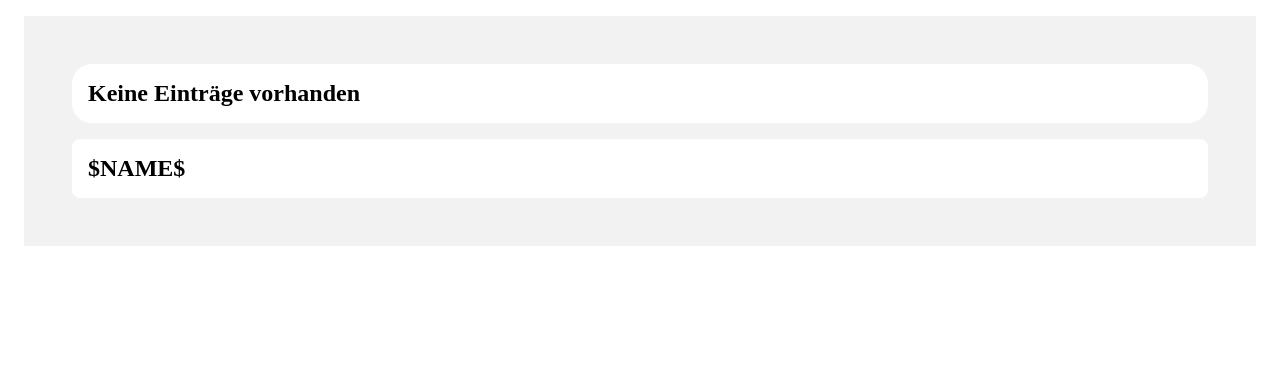
Repository: KIThubber/Fitnesstagebuch
Page: Frontend/src/Workoutmanagement/page-workouthinzufuegen.html
An editor plug-in stored every save of this project. The page is shown before and after the next save, followed by the edit.
The browser window is 1280 px wide. The pictures show the whole page.

Above is the page before, as saved 2022-05-07 17:55:54.

### Frontend/src/Workoutmanagement/page-workouthinzufuegen.html
<style>

    main {
        background-color: #F2F2F2;
        margin: 0;
        padding: 2em;

        display: flex;
        flex-direction: column;
      }
      main ol {
            list-style: none;
            margin: 0;
            padding: 0;
            border:20px #F2F2F2;
        }

    /* Code aus "Astructio Retis AG"-Aufgabe - in jasmina css einfügen
    v
    */
    main .list-entry {
      display: flex;
      flex-direction: column;
      gap: 2em;
      padding: 1rem;
      background: white;
      border-radius: 0.5em;
    }


    main .list-entry .card {
      border: 1px solid lightgrey;
      background: white;
      border-radius: 0.5em;
      overflow: hidden;
    }

    main .list-entry .card img {
      display: block;
      width: 100%;
      height: 50%;
      }

      main .list-entry .card .card-body {
      padding: 1rem;
    }

    main .list-entry .card h4,
    main .list-entry .card h5 {
      margin: 0;
    }

    main .list-entry .card h5 {
      color: grey;
    }

    main .list-entry .card a,
    main .list-entry .card a:visited {
      color: var(--color-secondary);
    }

    main .list-entry .card-container {
      display: flex;
      flex-direction: column;
      gap: 2em;
    }

    @media (min-width: 50em) {
       main .list-entry .card-container {
          flex-direction: row;
          flex-wrap: wrap;
          justify-content: center;
      }

      main .list-entry .card {
          flex: 1;
          min-width: 25em;
      }
    }
        /* LISTENEINTRÄGE */
        main{
            margin: 1em;
        }
        main ol {
            list-style: none;
            margin: 0;
            padding: 0;
            border:20px #F2F2F2;
        }

        main li {
            margin: 1em;
            padding: 1em;

            background-color: white;
            border-radius: 20px 20px 20px 20px;
        }

        main li:hover {
            background-color: #C8F8FF;
        }

        main .name {
            font-size: 150%;
            font-weight: bold;
        }
        main .actions {
            display: flex;
            justify-content: space-between;
        }

        main .actions > div {
            padding: 0.5em;
            margin: 0.5em;
            background-color: #C8F8FF;
            flex: 1;
            text-align: center;
        }

        main .actions > div:first-child {
            margin-left: 0;
        }

        main .actions > div:last-child {
            margin-right: 0;
        }

        main .actions > div:hover {
            background-color: #f0f0f0;
            cursor: pointer;
        }
    </style>
    <main>
        <!-- <ol> -->
            <ol>

                    <!-- Platzhalter für eine leere Liste -->
                    <li class="empty-placeholder">
                        <div class="name">
                            Keine Einträge vorhanden
                        </div>
                    </li>

                    <!-- Vorlage für einen Eintrag in der Liste -->
                    <section class="section-news">
                        <div class="card">
                            <li class="list-entry" data-id="$ID$">
                                <div class="name">
                                    $NAME$

                                </div>

                            </li>
                        </div>
                </section>
            </ol>
    </main>

After the next save:
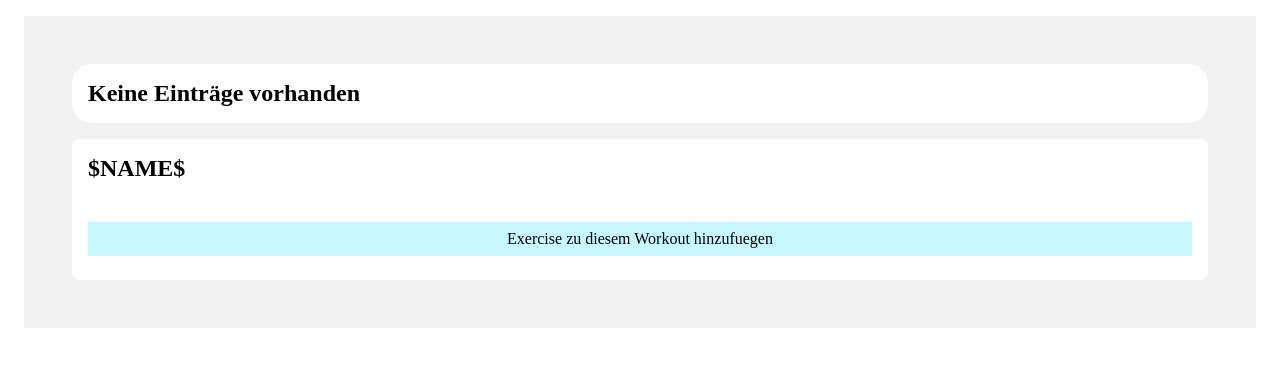
Saved 6 min 19 s later.
--- a/Frontend/src/Workoutmanagement/page-workouthinzufuegen.html
+++ b/Frontend/src/Workoutmanagement/page-workouthinzufuegen.html
@@ -147,9 +147,12 @@
                             <li class="list-entry" data-id="$ID$">
                                 <div class="name">
                                     $NAME$
-
                                 </div>
-
+                                <div class="actions">
+                                    <div class="action addtothisWorkout">
+                                        <a>Exercise zu diesem Workout hinzufuegen</a>
+                                    </div>
+                                </div>
                             </li>
                         </div>
                 </section>
